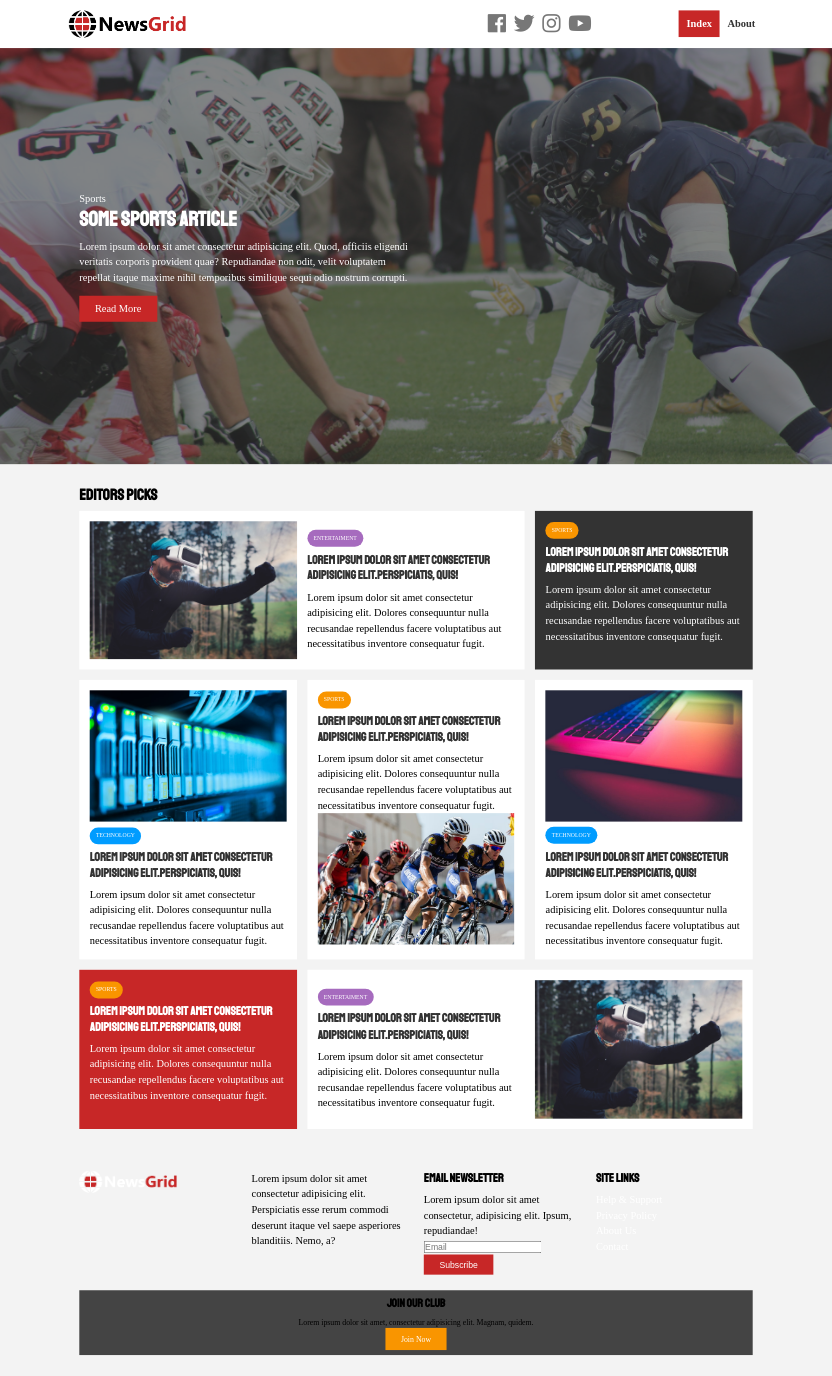
Repository: minhtien9/newsgrid
Page: index.html
An editor plug-in stored every save of this project. The page is shown before and after the next save, followed by the edit.
The browser window is 1280 px wide. The pictures show the whole page, at 65% of full size.
Some web libraries are served in a nearby version.

Above is the page before, as saved 2021-08-25 22:54:05.

After the next save:
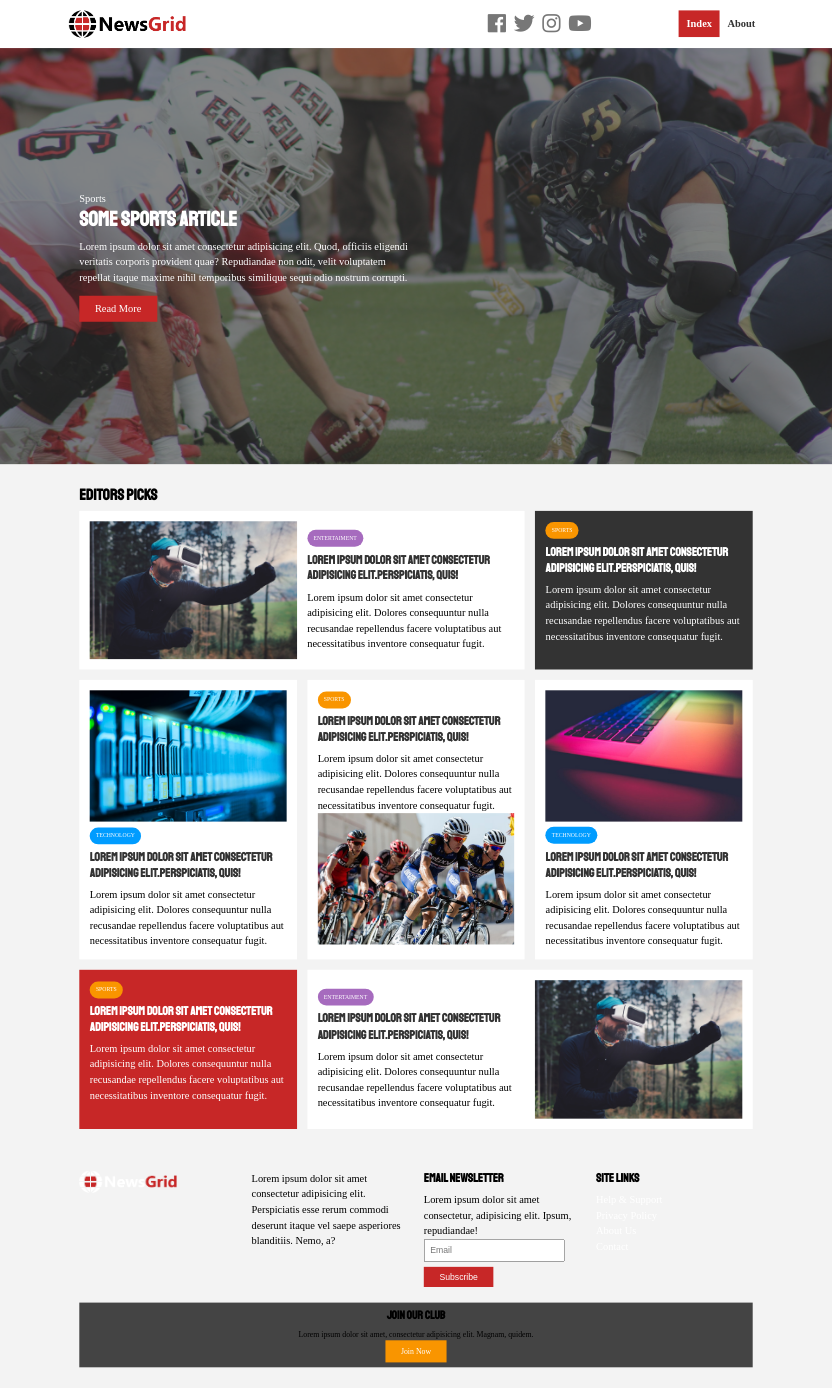
Saved 57 s later.
--- a/css/style.css
+++ b/css/style.css
@@ -293,3 +293,8 @@ h6 {
   text-align: center;
   font-size: 0.75rem;
 }
+#main-footer .footer-container input[type='email'] {
+  width: 90%;
+  padding: 0.5rem;
+  margin-bottom: 0.5rem;
+}
